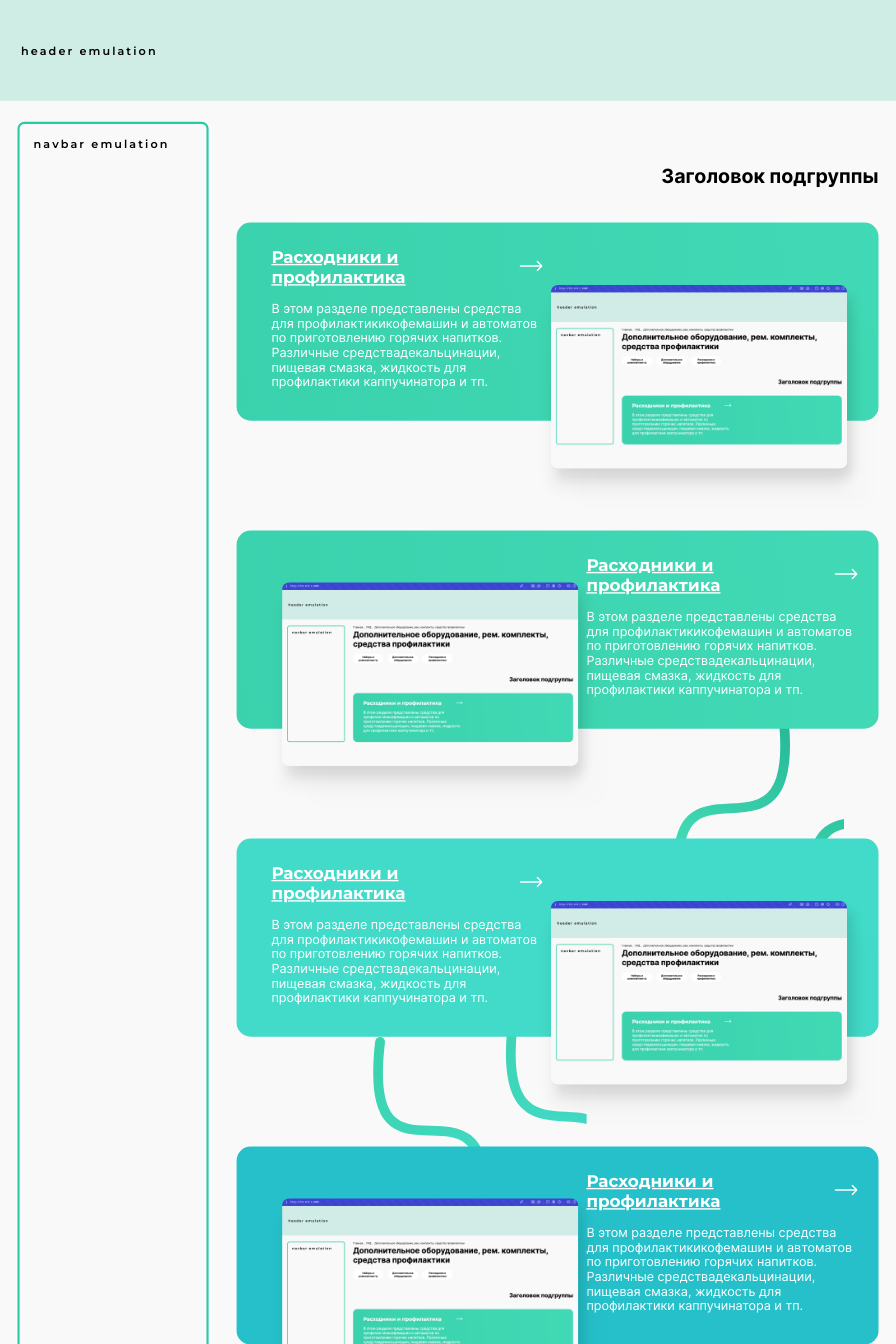
Repository: axonde/venpart-faq-pages
Page: index.html
These files come from the project's save history. The page is drawn as it stood at one moment and after the next save; the edit follows.
The browser window is 1280 px wide. The pictures show the part of the page from y = 0 to 1920 px (the page is 2635 px tall), at 70% of full size.

Above is the page before, as saved 2024-02-28 20:04:19.

After the next save:
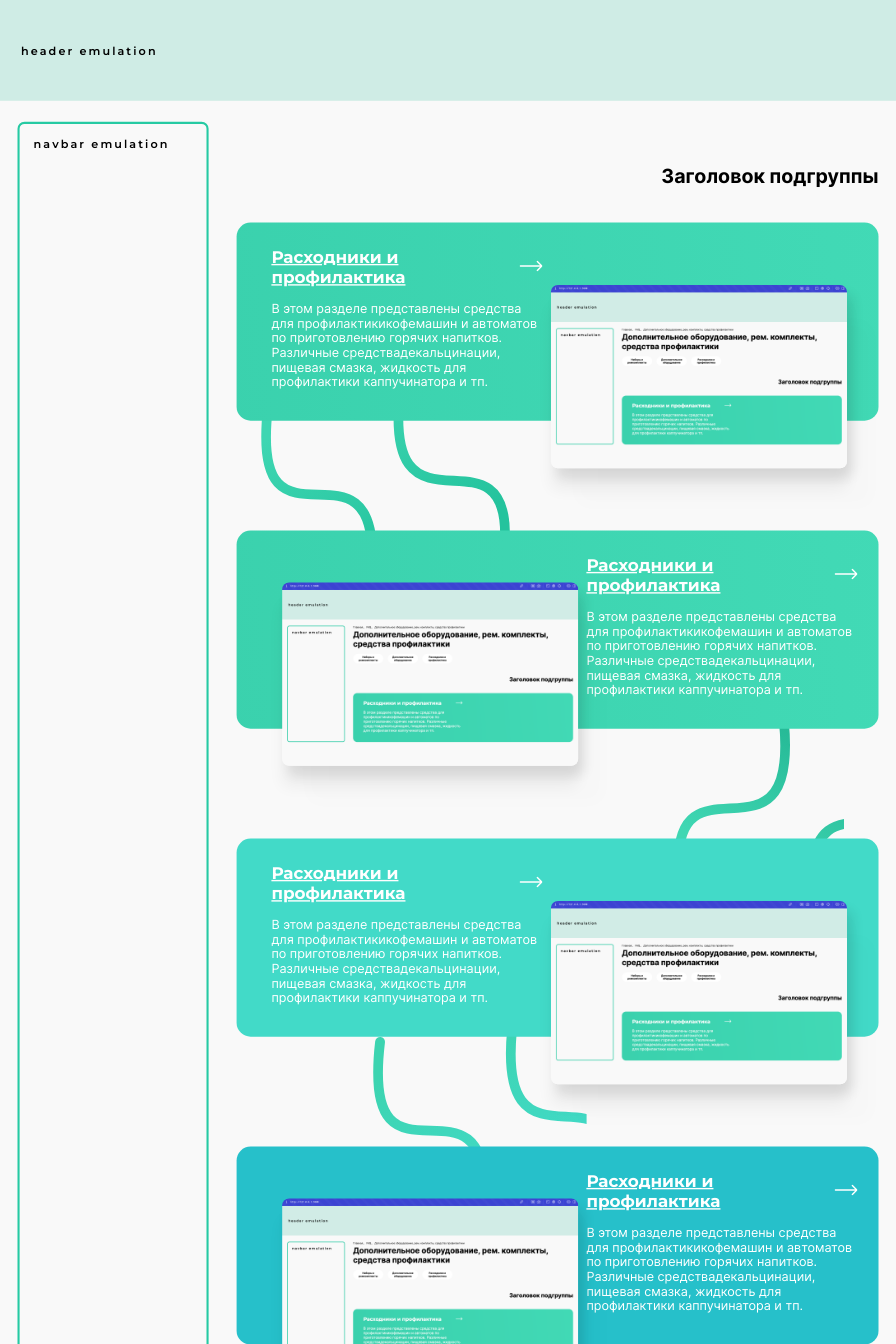
Saved 27 s later.
--- a/style.css
+++ b/style.css
@@ -566,7 +566,8 @@ scrollbar-width: none; /* Firefox */}
 .faq__item::after {
 	content: "";
 	background: url('decorations/decoration-1.svg');
-	width: auto;
+	width: 356px;
+	height: 286px;
 	position: absolute;
 	top: 70%;
 	left: 35px;
